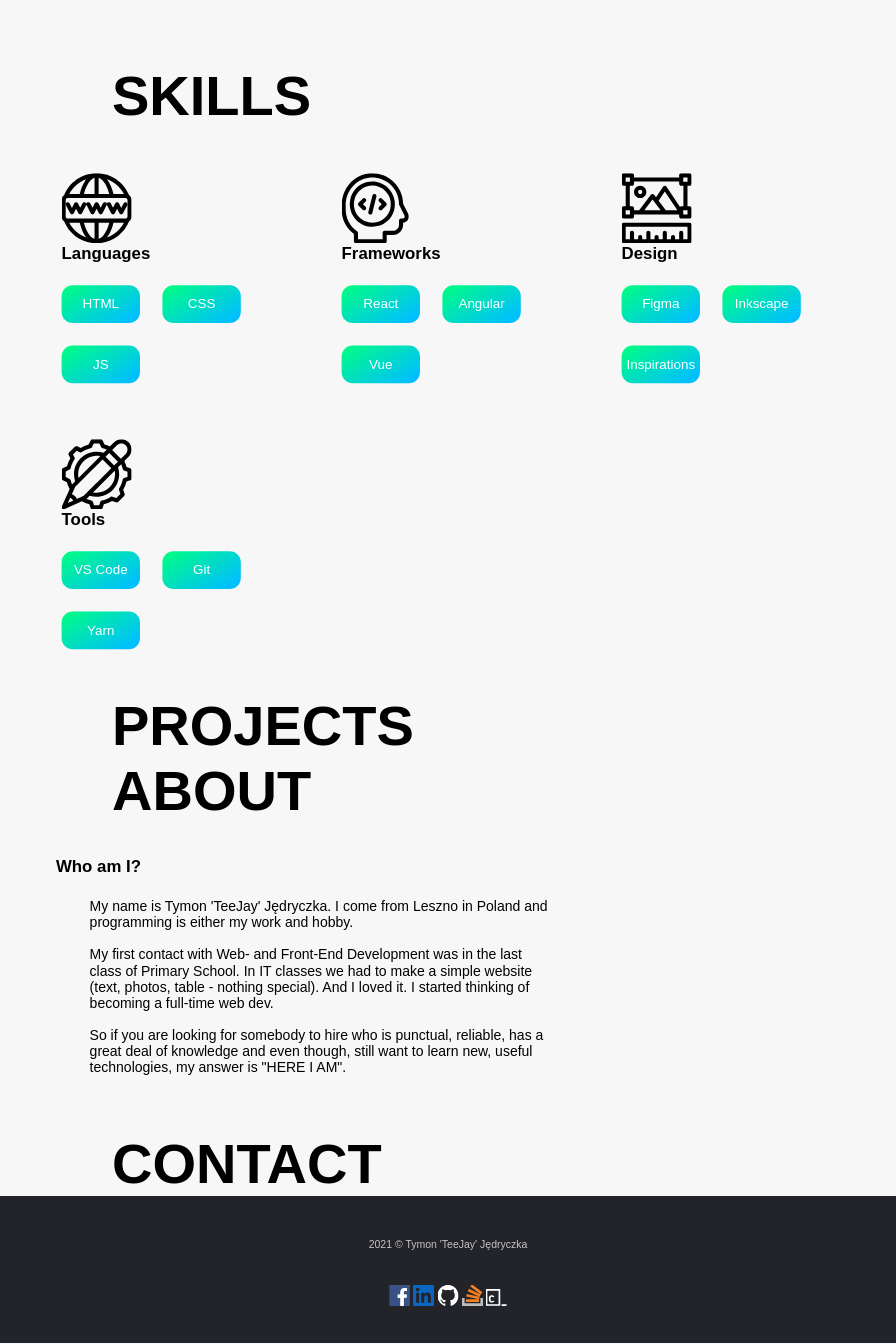
Repository: TeeJaysDev/Portfolio
Page: index.html
An editor plug-in stored every save of this project. The page is shown before and after the next save, followed by the edit.
The browser window is 1280 px wide. The pictures show the part of the page from y = 972 to 2892 px (the page is 2892 px tall before and 2676 px after), at 70% of full size.

Above is the page before, as saved 2021-04-24 20:50:39.

After the next save:
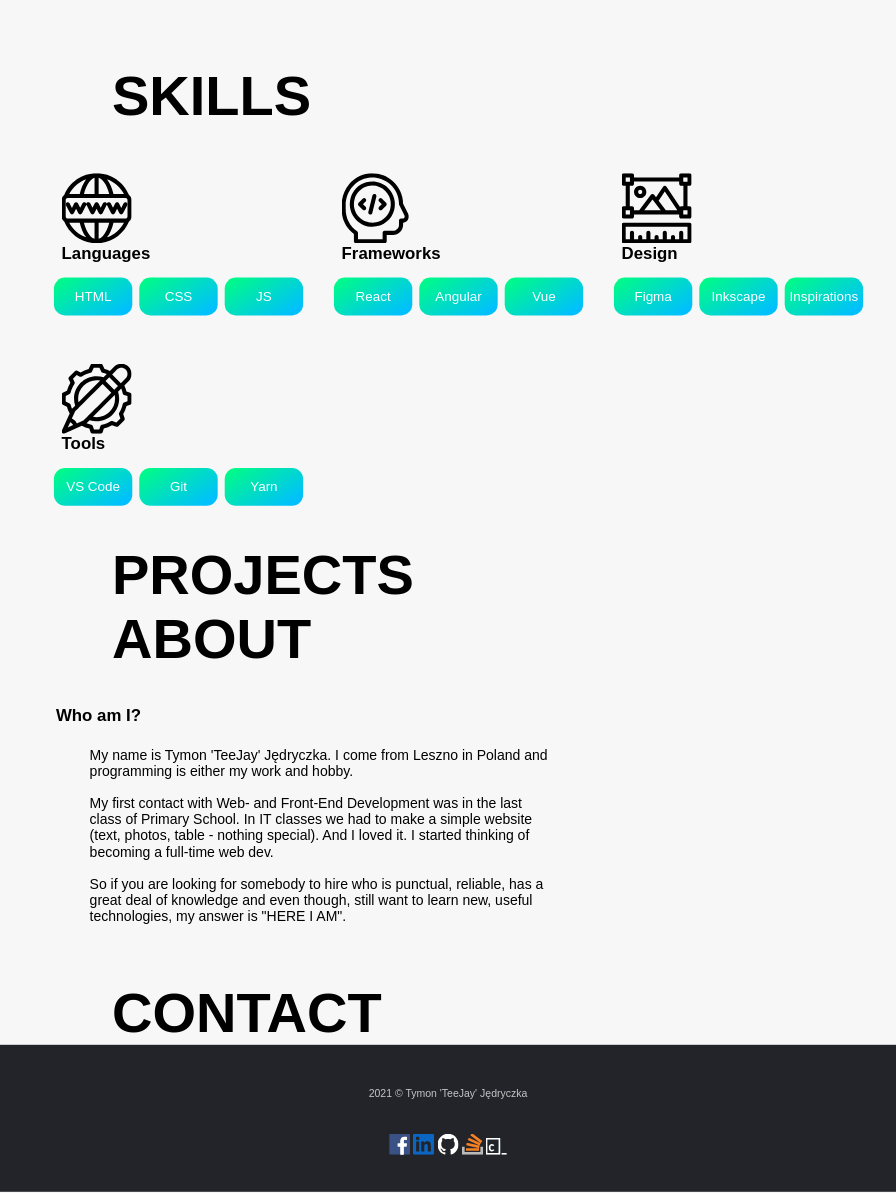
Saved 7 s later.
--- a/style.css
+++ b/style.css
@@ -79,7 +79,7 @@
     text-align: center;
     align-items: center;
     border-radius: 1rem;
-    margin: 5px 0.;
+    margin: 5px 0.3125rem;
     width: 7rem;
     background-image: linear-gradient(147deg,#00FF7F,#00BFFF 90%);
     padding-top: 1rem;

After the 2 saves that followed:
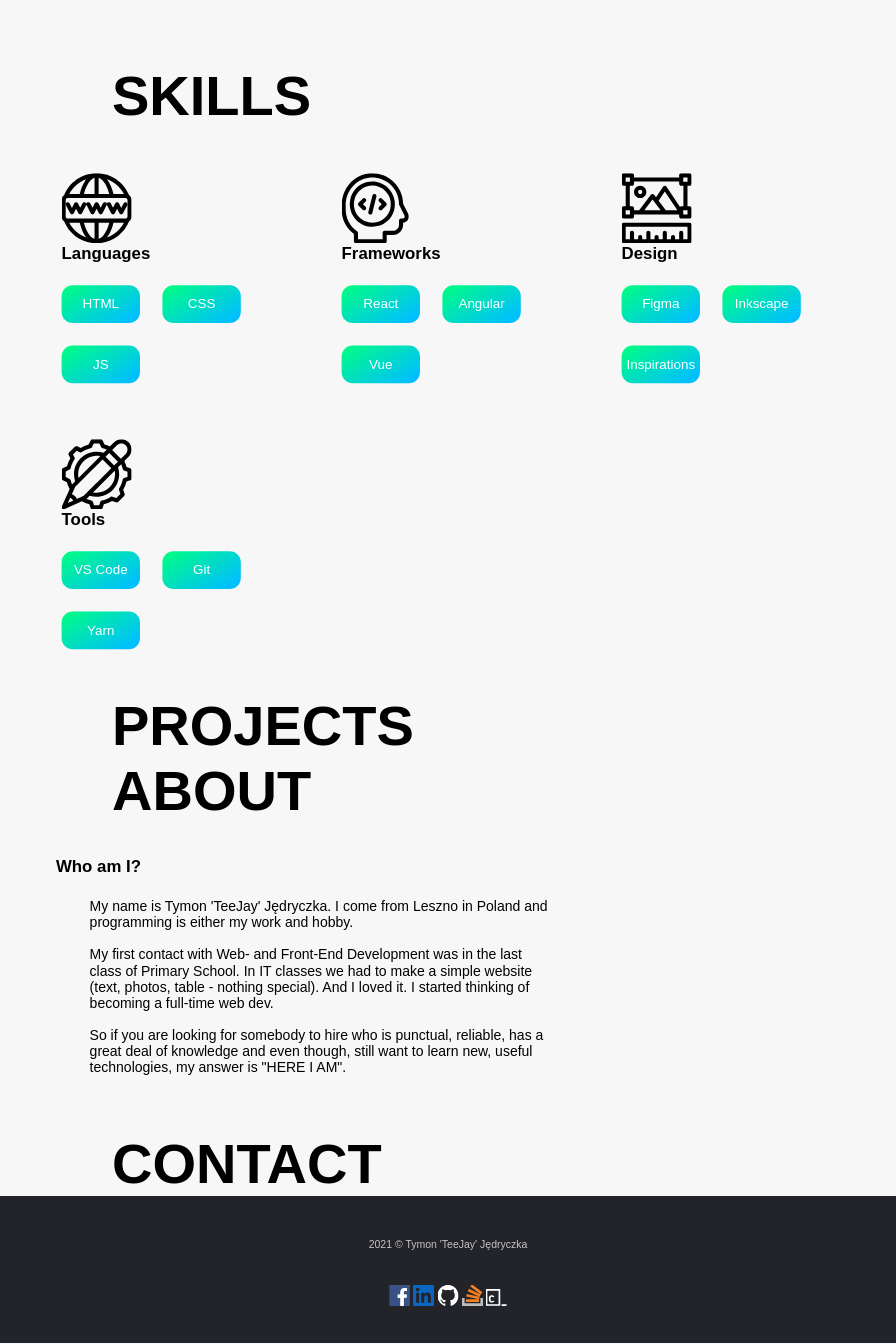
The 2 saves are shown as one change because they came seconds apart.
The last was saved 12 s later.
--- a/style.css
+++ b/style.css
@@ -79,7 +79,7 @@
     text-align: center;
     align-items: center;
     border-radius: 1rem;
-    margin: 5px 0.3125rem;
+    margin: 0.3125 0.3125rem;
     width: 7rem;
     background-image: linear-gradient(147deg,#00FF7F,#00BFFF 90%);
     padding-top: 1rem;
